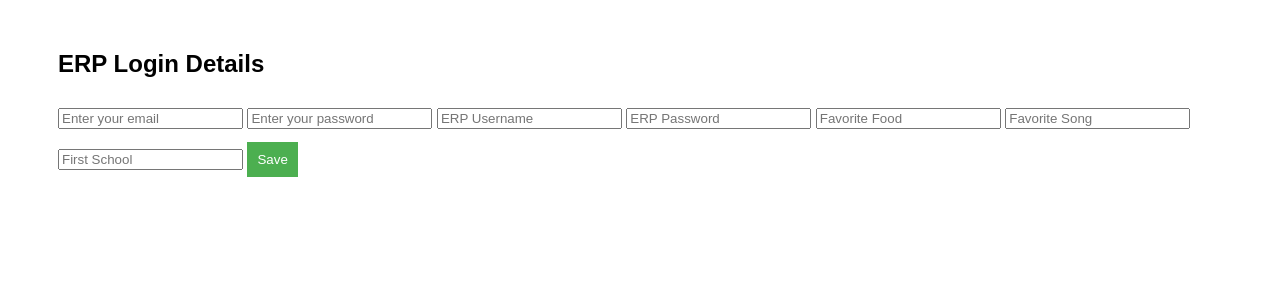
Repository: gopikant21/ERP_AUTO_LOGIN
Page: form.html
An editor plug-in stored every save of this project. The page is shown before and after the next save, followed by the edit.
The browser window is 1280 px wide. The pictures show the whole page.

Above is the page before, as saved 2024-10-08 23:50:33.

### form.html
<!DOCTYPE html>
<html lang="en">
<head>
  <meta charset="UTF-8">
  <meta name="viewport" content="width=device-width, initial-scale=1.0">
  <title>ERP Credentials</title>
  <style>
    body { font-family: Arial, sans-serif; }
    .form-container { margin: 50px; }
    .input-field { margin: 10px 0; }
    button { padding: 10px; background-color: #4CAF50; color: white; border: none; cursor: pointer; }
  </style>
</head>
<body>
  <div class="form-container">
    <h2>ERP Login Details</h2>
    <input type="email" id="email" placeholder="Enter your email" class="input-field" required>
    <input type="password" id="email-password" placeholder="Enter your password" class="input-field" required>
    <input type="text" id="erp-username" placeholder="ERP Username" class="input-field" required>
    <input type="password" id="erp-password" placeholder="ERP Password" class="input-field" required>
    <!-- Additional fields -->
    <input type="text" id="favorite-food" placeholder="Favorite Food" class="input-field" required>
    <input type="text" id="favorite-song" placeholder="Favorite Song" class="input-field" required>
    <input type="text" id="first-school" placeholder="First School" class="input-field" required>
    <button id="saveBtn">Save</button>
    <p id="msg"></p>
  </div>

  <script src="form.js"></script>
</body>
</html>

### form.js
document.getElementById("saveBtn").addEventListener("click", async function () {
  const email = document.getElementById("email").value;
  const email_password = document.getElementById("email-password").value;
  const erp_username = document.getElementById("erp-username").value;
  const erp_password = document.getElementById("erp-password").value;
  const food = document.getElementById("favorite-food").value;
  const song = document.getElementById("favorite-song").value;
  const school = document.getElementById("first-school").value;

  const msg = document.getElementById("msg");

  if (email && email_password && erp_username && erp_password && food && song && school) {
    // Send ERP credentials to backend API to save in the database
    const response = await fetch("http://localhost:3000/save-credentials", {
      method: "POST",
      headers: {
        "Content-Type": "application/json",
      },
      body: JSON.stringify({
        email,
        email_password,
        erp_username,
        erp_password,
        food,
        song,
        school,
      }),
    });

    if (response.ok) {
      msg.textContent = "Credentials saved successfully!";
    } else {
      msg.textContent = "Failed to save credentials, please try again.";
    }
  } else {
    msg.textContent = "Please fill in ALL fields.";
  }
});

After the next save:
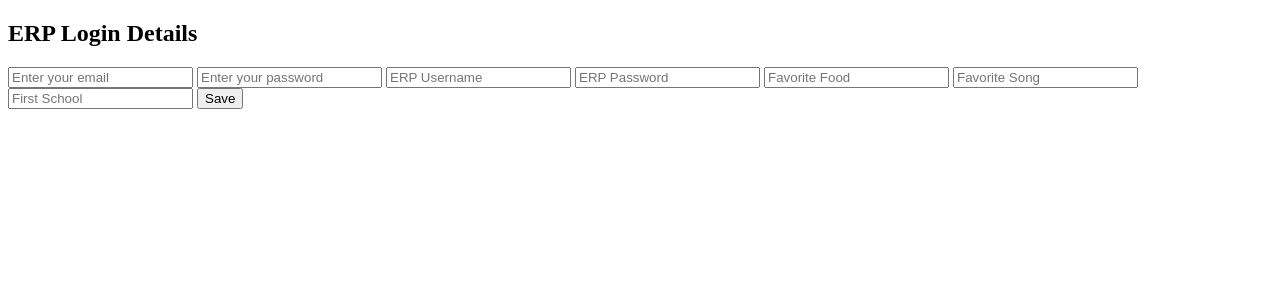
Saved 13 s later.
--- a/form.html
+++ b/form.html
@@ -4,12 +4,7 @@
   <meta charset="UTF-8">
   <meta name="viewport" content="width=device-width, initial-scale=1.0">
   <title>ERP Credentials</title>
-  <style>
-    body { font-family: Arial, sans-serif; }
-    .form-container { margin: 50px; }
-    .input-field { margin: 10px 0; }
-    button { padding: 10px; background-color: #4CAF50; color: white; border: none; cursor: pointer; }
-  </style>
+
 </head>
 <body>
   <div class="form-container">
